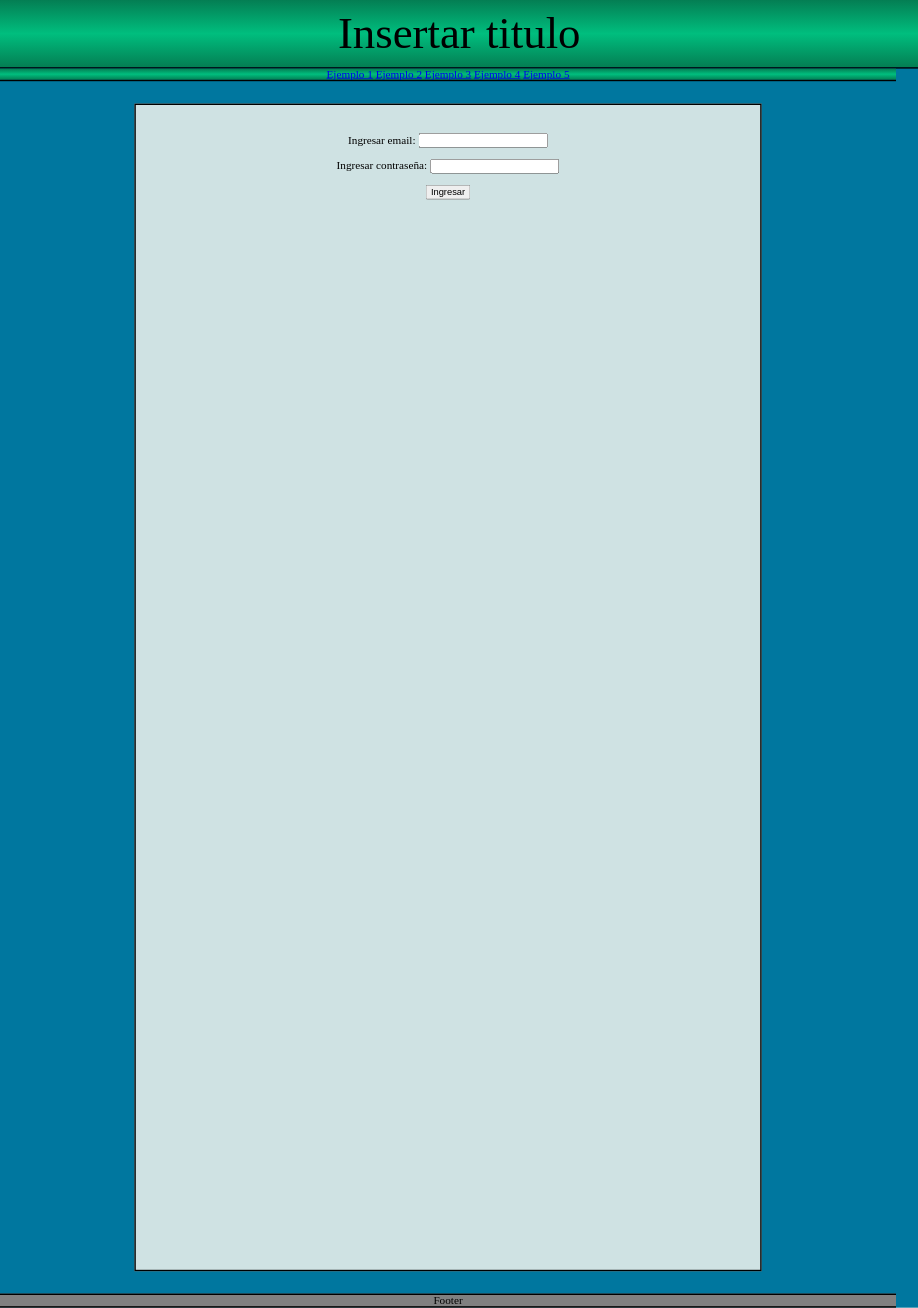
Repository: FacundoKinderknecht/Parcial-2-LPPA
Page: login/login.html
The author's editor kept a copy of each file at every save. The page is drawn from the files as they stood at one save, then again after a run of saves.
The browser window is 1280 px wide. The page is 1312 px wide, so the pictures cover 1312 px, including what lies to the right of the window. The pictures show the whole page, at 70% of full size.

Above is the page before, as saved 2022-07-06 10:25:41.

### login/login.html
<!DOCTYPE html>
<html lang="en">
<head>
    <meta charset="UTF-8">
    <meta http-equiv="X-UA-Compatible" content="IE=edge">
    <meta name="viewport" content="width=device-width, initial-scale=1.0">
    <title>Document</title>
    <link rel="stylesheet" href="/reset.css">
    <link rel="stylesheet" href="/login/login.css">
    <script src="/login/login.js"></script>
</head>
<body>
    <header>
        <h1>Insertar titulo</h1>
    </header>
    <nav>
        <li>
            <a href="#">Ejemplo 1</a>
            <a href="#">Ejemplo 2</a>
            <a href="#">Ejemplo 3</a>
            <a href="#">Ejemplo 4</a>
            <a href="#">Ejemplo 5</a>
        </li>
    </nav>
    <main>
        <form>
            <div class="email">
                <label for="email">Ingresar email:</label>
                <input type="text" name="email" id="email">
            </div>
            <div class="contraseña">
                <label for="contraseña">Ingresar contraseña:</label>
                <input type="password" name="contraseña" id="contraseña">
            </div>
            <div class="boton">
                <input type="submit" value="Ingresar">
            </div>
        </form>
    </main>
    <footer>
        <p>Footer</p>
    </footer>
</body>
</html>

### login/login.css
header{
    width: 100%;
    border-bottom: black 2px solid;
    padding: 1rem;
    font-size: 400%;
    background: linear-gradient(to top, rgb(4, 126, 83), rgb(0, 190, 126), rgb(4, 126, 83));
}
nav{
    background: linear-gradient(to top, rgb(4, 126, 83), rgb(0, 190, 126), rgb(4, 126, 83));
    display: block;
    border-bottom: black 2px solid;
    text-decoration: none;
}
li{
    text-decoration: none;
    list-style: none;
    color: black;
}
body{
    background-color: rgb(0, 119, 159);
    height: 100%;
    align-items: center;
    text-align: center;
    margin: 0;
}
main{
    display: inline-block;
    width: 70%;
    padding: 2rem;
}
form{
    background-color: rgb(207, 226, 227);  border: black solid 2px;
    padding: 2rem;
    height: 100rem;
}
div{
    padding: 0.5rem;
}
footer{
    border-top: 2px solid black;
    border-bottom: 2px solid black;
    background-color: grey;
    bottom: 0;
    width: 100%;
}

Loaded but not shown: reset.css (common file); login/login.js (no stored copy; drawn as an empty file)

After the next 3 saves:
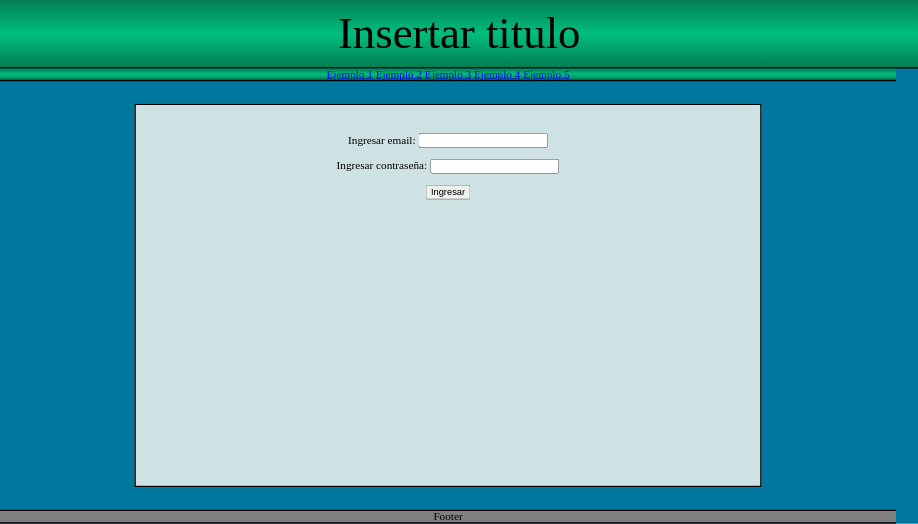
The 3 saves are shown as one change because they came seconds apart.
The last was saved 9 s later.
--- a/login/login.css
+++ b/login/login.css
@@ -31,7 +31,7 @@ main{
 form{
     background-color: rgb(207, 226, 227);  border: black solid 2px;
     padding: 2rem;
-    height: 100rem;
+    height: 30rem;
 }
 div{
     padding: 0.5rem;
